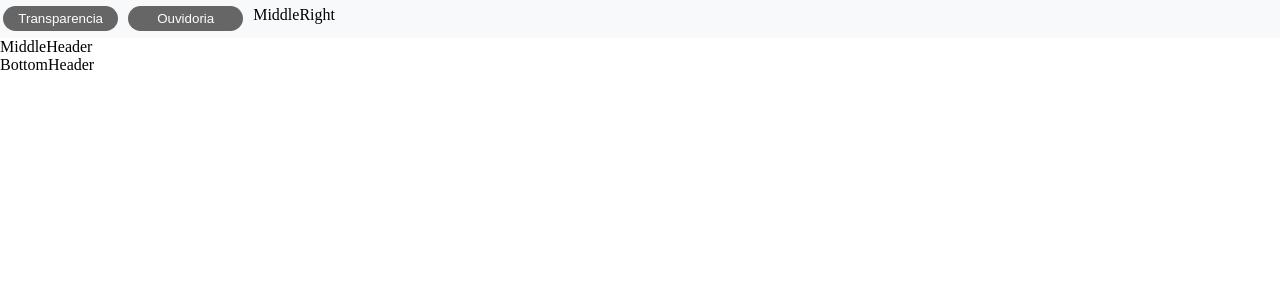
Repository: YuriSarmanho/prodepaSite
Page: / (app in prodepa-site/)
These files come from the project's save history. The page is drawn as it stood at one moment and after the next save; the edit follows.
The browser window is 1280 px wide. The pictures show the whole page.
The project was rebuilt for these pictures with package versions that can differ from the ones it lists, and the page was loaded fresh each time. Also part of the build but not shown: prodepa-site/src/App.css.

Above is the page before, as saved 2022-12-19 15:29:23.

### prodepa-site/public/index.html
<!DOCTYPE html>
<html lang="en">
  <head>
    <meta charset="utf-8" />
    <link rel="icon" href="%PUBLIC_URL%/favicon.ico" />
    <meta name="viewport" content="width=device-width, initial-scale=1" />
    <meta name="theme-color" content="#000000" />
    <meta
      name="description"
      content="Web site created using create-react-app"
    />
    <link rel="apple-touch-icon" href="%PUBLIC_URL%/logo192.png" />

    <link rel="manifest" href="%PUBLIC_URL%/manifest.json" />
    <title>React App</title>
  </head>
  <body>
    <div id="root"></div>
  </body>
</html>

### prodepa-site/src/App.js
import './App.css';
import Header from './sections/Header'

function App() {
  return (
    <>
      <Header/>
    </>
  );
}

export default App;

### prodepa-site/src/sections/Header/index.jsx
import React from 'react'
import TopHeader from './TopHeader'
import MiddleHeader from './MiddleHeader'
import BottomHeader from './BottomHeader'


function Header() {
  return (
    <>
        <TopHeader/>
        <MiddleHeader/>
        <BottomHeader/>
    </>
  )
}

export default Header

### prodepa-site/src/sections/Header/TopHeader/index.jsx
import React from 'react'
import TopHeaderButton from '../../../components/Buttons/TopHeaderButton'
import './index.css'

function TopHeader() {
  return (
    <div className='topHeaderContainer'>
      <div className="leftArea">
        <TopHeaderButton children = {'Transparencia'}/>
        <TopHeaderButton children = {'Ouvidoria'}/>
      </div>
      <div className="middleArea">Middle</div>
      <div className="rightArea">Right</div>

    </div>
  )
}

export default TopHeader

### prodepa-site/src/sections/Header/MiddleHeader/index.jsx
import React from 'react'

function MiddleHeader() {
  return (
    <div>MiddleHeader</div>
  )
}

export default MiddleHeader

### prodepa-site/src/sections/Header/BottomHeader/index.jsx
import React from 'react'

function BottomHeader() {
  return (
    <div>BottomHeader</div>
  )
}

export default BottomHeader

### prodepa-site/src/components/Buttons/TopHeaderButton/index.jsx
import React from 'react'
import './index.css'

function TopHeaderButton(props) {
  return (
    <button className='topHeaderButton'>{props.children}</button>
  )
}

export default TopHeaderButton

### prodepa-site/src/sections/Header/TopHeader/index.css
.topHeaderContainer {
    background-color: #F8F9FA ;
    padding: .4rem .2rem;
    display: flex;
    position: relative;
}

### prodepa-site/src/components/Buttons/TopHeaderButton/index.css
.topHeaderButton {
    padding: 5px 15px;
    margin-right: 10px;
    color: #fff;
    background-color: #666 ;
    border: none;
    border-radius: 1rem;
    width: 115px;
}

Loaded but not shown: prodepa-site/src/index.js (common file); prodepa-site/src/index.css (common file)

After the next save:
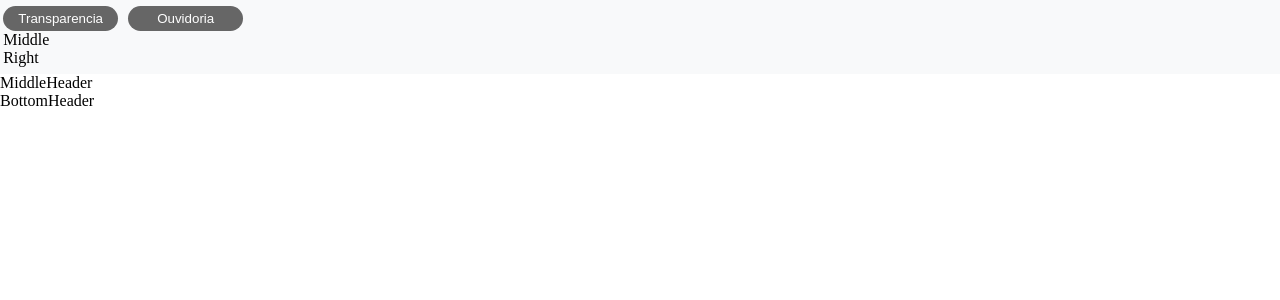
Saved 39 s later.
--- a/prodepa-site/src/sections/Header/TopHeader/index.css
+++ b/prodepa-site/src/sections/Header/TopHeader/index.css
@@ -1,6 +1,6 @@
 .topHeaderContainer {
     background-color: #F8F9FA ;
     padding: .4rem .2rem;
-    display: flex;
+    display: flexbox;
     position: relative;
 }

After the save that followed:
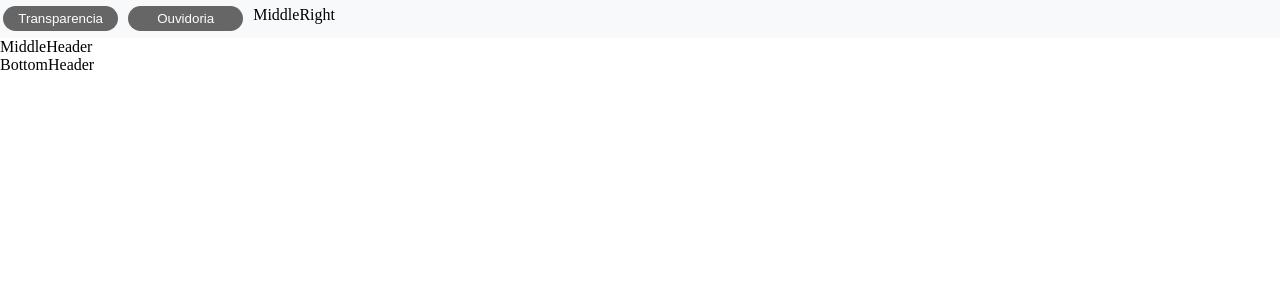
Saved 4 s later.
--- a/prodepa-site/src/sections/Header/TopHeader/index.css
+++ b/prodepa-site/src/sections/Header/TopHeader/index.css
@@ -1,6 +1,6 @@
 .topHeaderContainer {
     background-color: #F8F9FA ;
     padding: .4rem .2rem;
-    display: flexbox;
+    display: flex;
     position: relative;
 }
